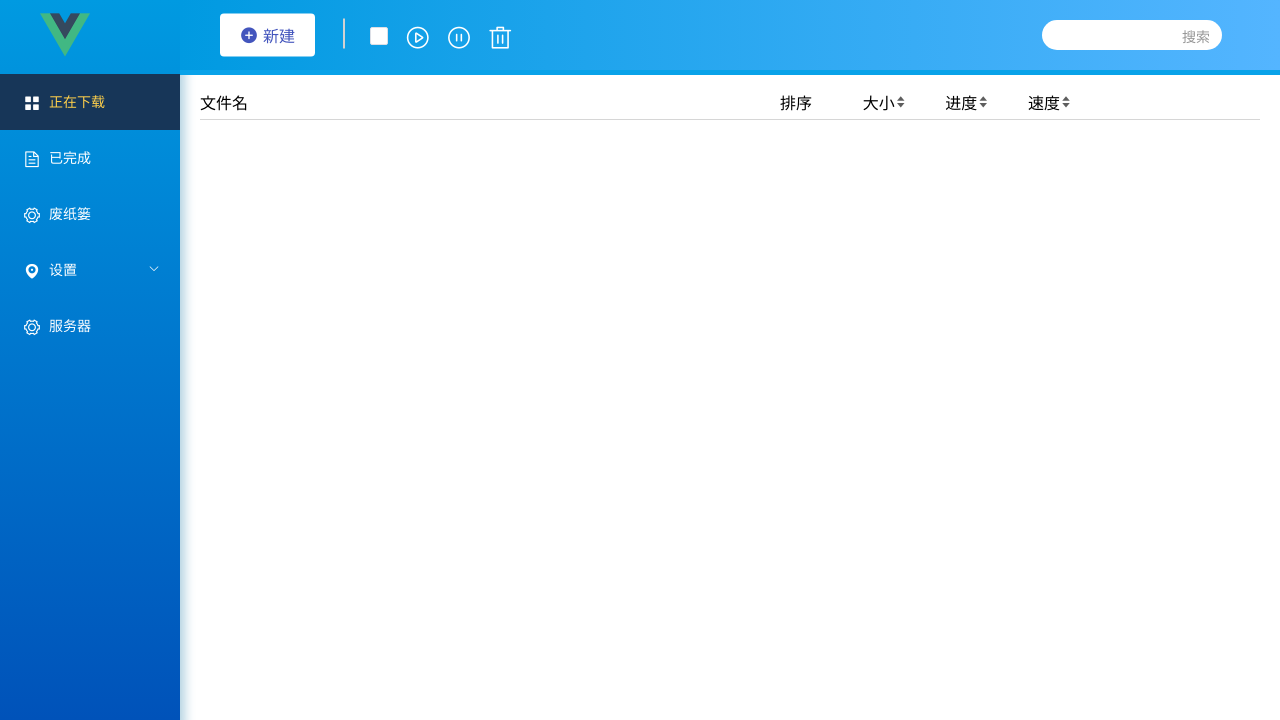
Repository: Ahui-qn/Aria2
Page: /
The author's editor kept a copy of each file at every save. The page is drawn from the files as they stood at one save, then again after the next save.
The browser window is 1280 px wide. The pictures show the whole page.
The page's requests for data from a server got no answer. The project was rebuilt for these pictures with package versions that can differ from the ones it lists, and the page was loaded fresh each time. No one was signed in, and anything a server would have sent is missing. Also part of the build but not shown: src/components/Tables.vue.

Above is the page before, as saved 2021-11-03 11:28:02.

After the next save:
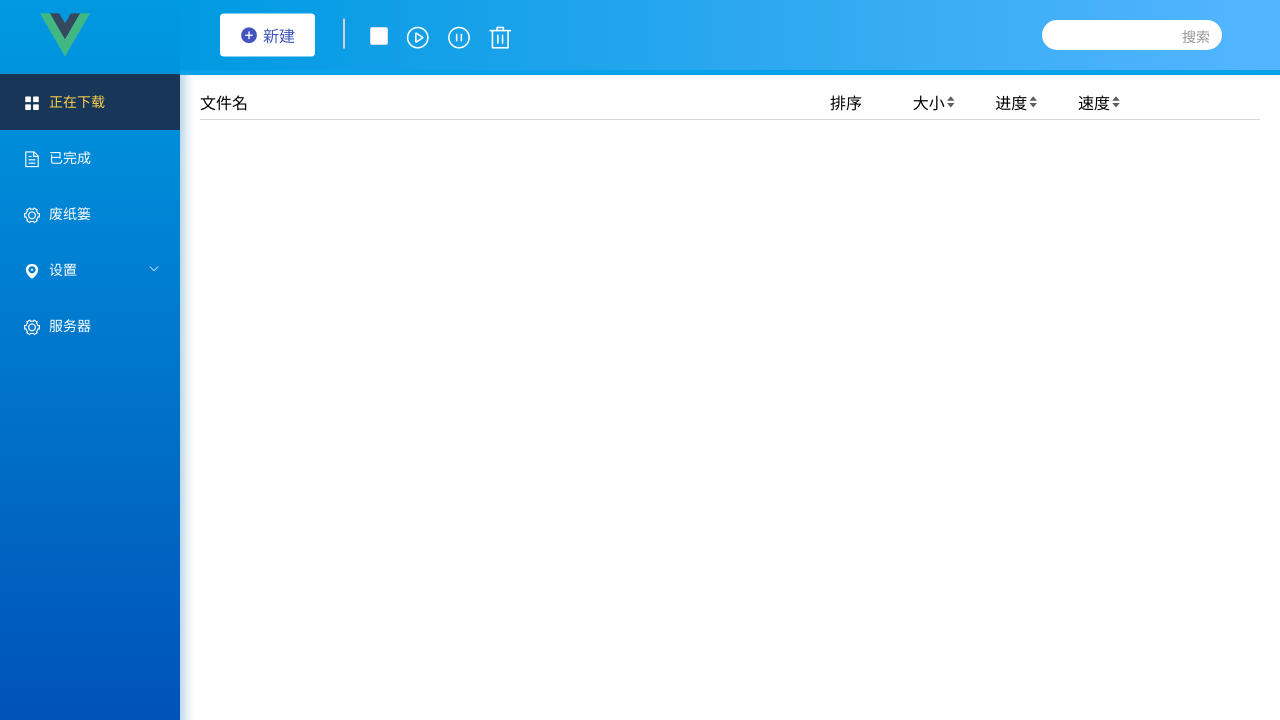
Saved 32 s later.
--- a/src/components/Header.vue
+++ b/src/components/Header.vue
@@ -7,7 +7,7 @@
         border-bottom: 1px rgba(198, 198, 198, 0.715) solid;
         div.container {
             float: right;
-            margin-right:200px ;
+            margin-right:150px ;
             display: flex;
             width: 280px;
             justify-content: space-between;
